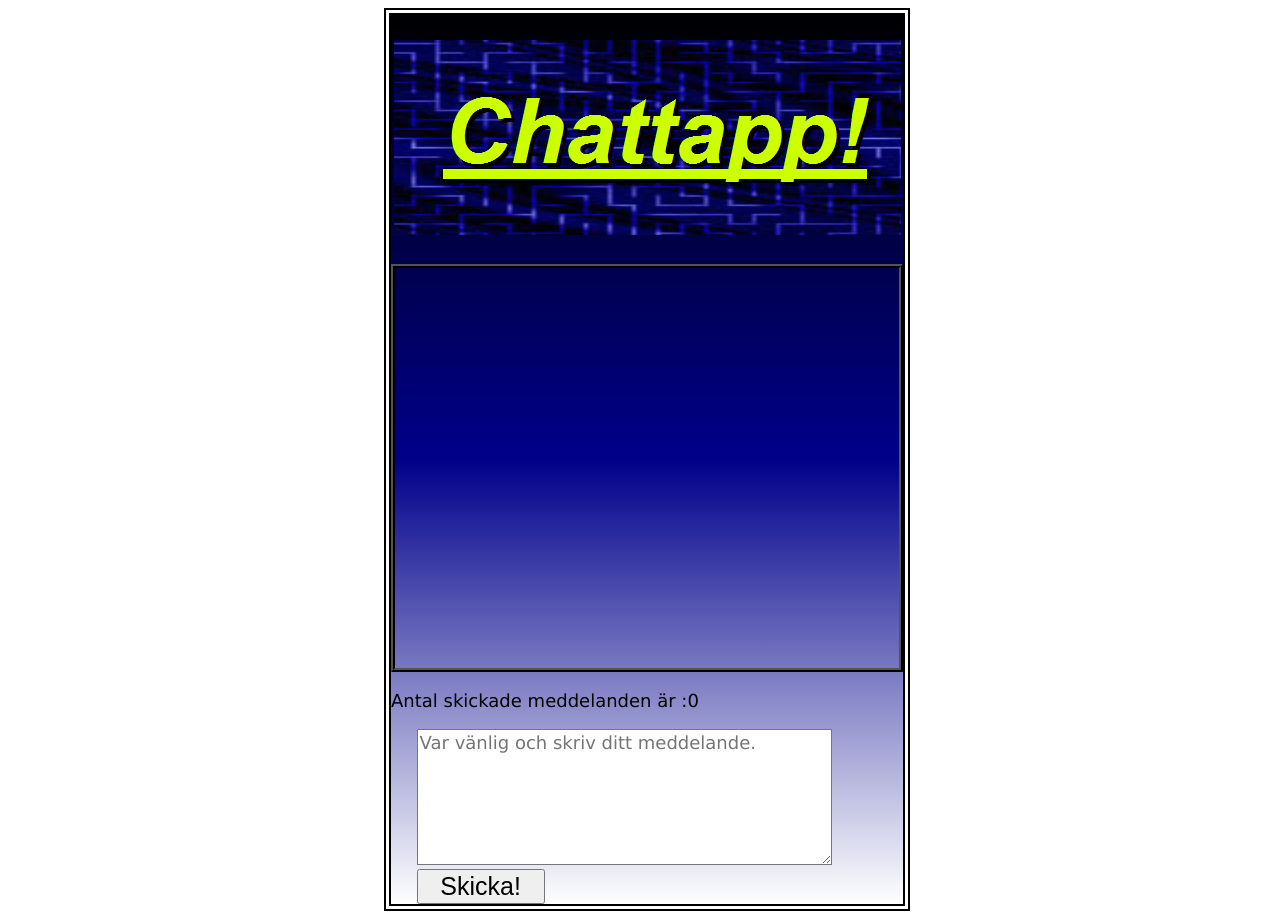
Repository: MartinArvidsson/1dv403-laborationer-Martin-Arvidsson
Page: 2-labbymezzage/index.html
The author's editor kept a record of every edit. The page is drawn from the files as they stood at one moment, then again after the next edit.
The browser window is 1280 px wide. The pictures show the whole page.

Above is the page before.

After the next edit:
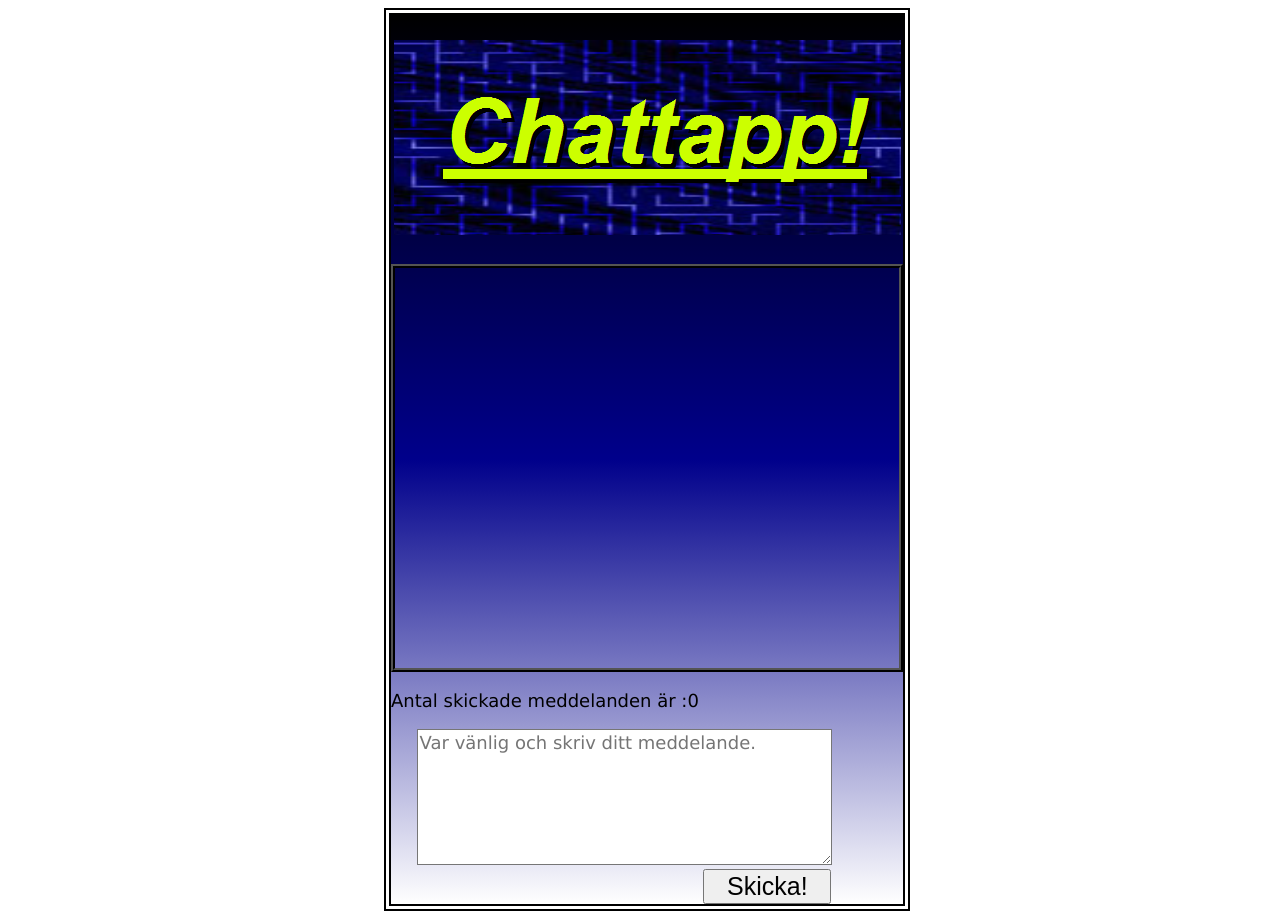
The edit:
--- a/2-labbymezzage/style.css
+++ b/2-labbymezzage/style.css
@@ -54,5 +54,5 @@
     font-size:25px;
     margin-right:15%;
     margin-top:-1%;
-    margin-left:5%;
+    margin-left:61%;
 }
